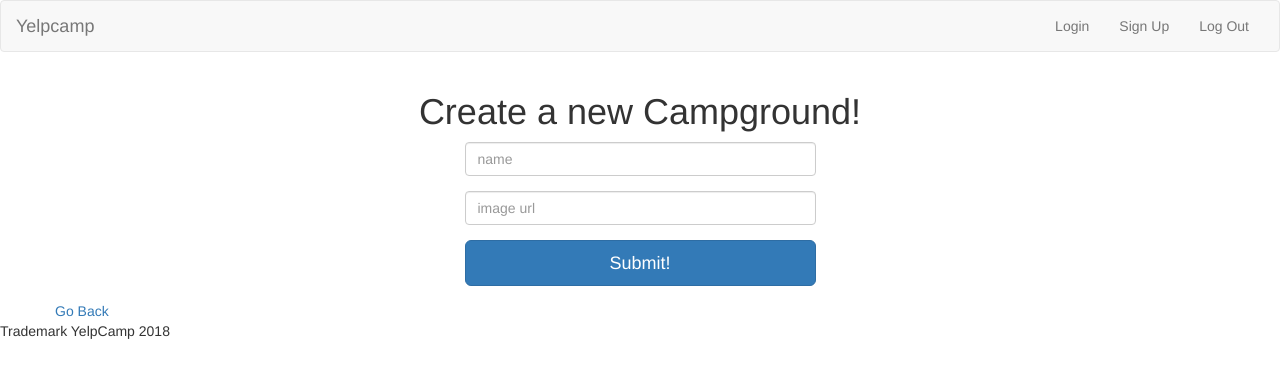
Repository: cuauhtlahuac/WebAppsPractices
Page: http://localhost/campgrounds/new
The author's editor kept a record of every edit. The page is drawn from the files as they stood at one moment, then again after the next edit.
The browser window is 1280 px wide. The pictures show the whole page.
The page is served by the project's Node server (yelpCamp/v1/app.js).

Above is the page before.

### workspacePortugues/yelpCamp/v1/views/new.ejs
<% include partials/header %>

<div class="container">
    <div class="row">
        <h1 style="text-align: center;">Create a new Campground!</h1>
        <div style="width: 30%; margin: 0 auto;">
            <form action="/campgrounds" method="POST">
                <div class="form-group"><input class="form-control"  type="text" name="name" placeholder="name"></div>
                <div class="form-group"><input class="form-control" type="text" name="image" placeholder="image url"></div>
                <div class="form-group"><button class="btn btn-lg btn-primary btn-block">Submit!</button></div>
            </form>
        </div>
        <a href="/campgrounds" style="text-align: center;">Go Back</a>
    </div>
</div>
<% include partials/footer %>

### workspacePortugues/yelpCamp/v1/views/partials/header.ejs
<!DOCTYPE html>

<html>
    <head>
        <title>
            YelpCamp
        </title>
        <link rel="stylesheet" href="https://maxcdn.bootstrapcdn.com/bootstrap/3.3.7/css/bootstrap.min.css" integrity="sha384-BVYiiSIFeK1dGmJRAkycuHAHRg32OmUcww7on3RYdg4Va+PmSTsz/K68vbdEjh4u" crossorigin="anonymous">
    </head>

    <body>

        <nav class="navbar navbar-default">
    <div class="container-fluid">
        <div class="navbar-header">
            <a class="navbar-brand" href="/">Yelpcamp</a>
        </div>
        <div class="collapse navbar-collapse">
            <ul class="nav navbar-nav navbar-right">
                <li><a href="/">Login</a></li>
                <li><a href="/">Sign Up</a></li>
                <li><a href="/">Log Out</a></li>
            </ul>
        </div>
    </div>
</nav>

### workspacePortugues/yelpCamp/v1/views/partials/footer.ejs
    <p>Trademark YelpCamp 2018</p>
    </body>
</html>

### workspacePortugues/yelpCamp/v1/app.js
var express = require("express");
var app = express();
var bodyParser = require("body-parser");


app.use(bodyParser.urlencoded({extended:true}));
app.set("view engine", "ejs");

var campgrounds = [
        {name:"Salmon Creek", image:"https://farm1.staticflickr.com/68/180073544_af9816aeff.jpg"},
        {name:"Granite Hill", image:"https://encrypted-tbn0.gstatic.com/images?q=tbn:ANd9GcRPDDW2bEyYSx4n3najwh5ZZ9Wog6SBEz2Adeo8plVd46bdCT9kJQ"},
        {name:"Granite Hill", image:"https://encrypted-tbn0.gstatic.com/images?q=tbn:ANd9GcRPDDW2bEyYSx4n3najwh5ZZ9Wog6SBEz2Adeo8plVd46bdCT9kJQ"},
        {name:"Granite Hill", image:"https://encrypted-tbn0.gstatic.com/images?q=tbn:ANd9GcRPDDW2bEyYSx4n3najwh5ZZ9Wog6SBEz2Adeo8plVd46bdCT9kJQ"},
        {name:"Granite Hill", image:"https://encrypted-tbn0.gstatic.com/images?q=tbn:ANd9GcRPDDW2bEyYSx4n3najwh5ZZ9Wog6SBEz2Adeo8plVd46bdCT9kJQ"},
        {name:"Granite Hill", image:"https://encrypted-tbn0.gstatic.com/images?q=tbn:ANd9GcRPDDW2bEyYSx4n3najwh5ZZ9Wog6SBEz2Adeo8plVd46bdCT9kJQ"},
        {name:"Granite Hill", image:"https://encrypted-tbn0.gstatic.com/images?q=tbn:ANd9GcRPDDW2bEyYSx4n3najwh5ZZ9Wog6SBEz2Adeo8plVd46bdCT9kJQ"},
        {name:"Granite Hill", image:"https://encrypted-tbn0.gstatic.com/images?q=tbn:ANd9GcRPDDW2bEyYSx4n3najwh5ZZ9Wog6SBEz2Adeo8plVd46bdCT9kJQ"},
        {name:"Montain Goat's Rest", image:"https://farm5.staticflickr.com/4100/4798314980_bc31231984.jpg"}
        ];

app.get("/", function(req,res){
    res.render("landing");
});

app.get("/campgrounds", function(req, res){

    res.render("campgrounds", {campgrounds:campgrounds}); //o primeiro campgrounds pode ser qualquer nome, o segundo é referente a variavel campgrounds
});

app.post("/campgrounds", function(req, res) {  //post route tem que ficar com o mesmo destino que o get route (convencionalmente)
    var name = req.body.name;
    var image = req.body.image;
    var newCampground = {name: name, image: image};
    campgrounds.push(newCampground);
    res.redirect("/campgrounds");
});

app.get("/campgrounds/new", function(req, res) {
   res.render("new.ejs");
});


app.listen(process.env.PORT, process.env.IP, function(){
    console.log(" The yelpCamp server has started!");
});

After the next edit:
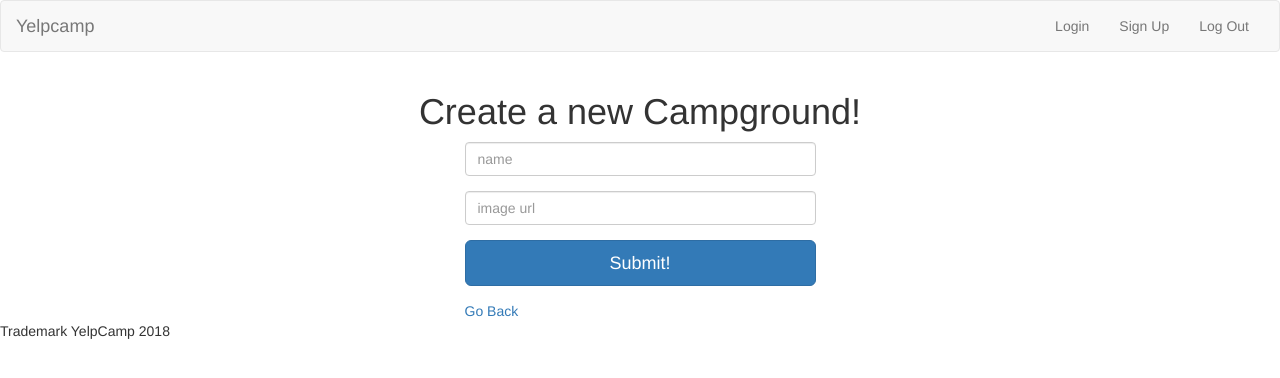
The edit:
--- a/workspacePortugues/yelpCamp/v1/views/new.ejs
+++ b/workspacePortugues/yelpCamp/v1/views/new.ejs
@@ -9,8 +9,9 @@
                 <div class="form-group"><input class="form-control" type="text" name="image" placeholder="image url"></div>
                 <div class="form-group"><button class="btn btn-lg btn-primary btn-block">Submit!</button></div>
             </form>
+            <a href="/campgrounds">Go Back</a>
         </div>
-        <a href="/campgrounds" style="text-align: center;">Go Back</a>
+
     </div>
 </div>
 <% include partials/footer %>
